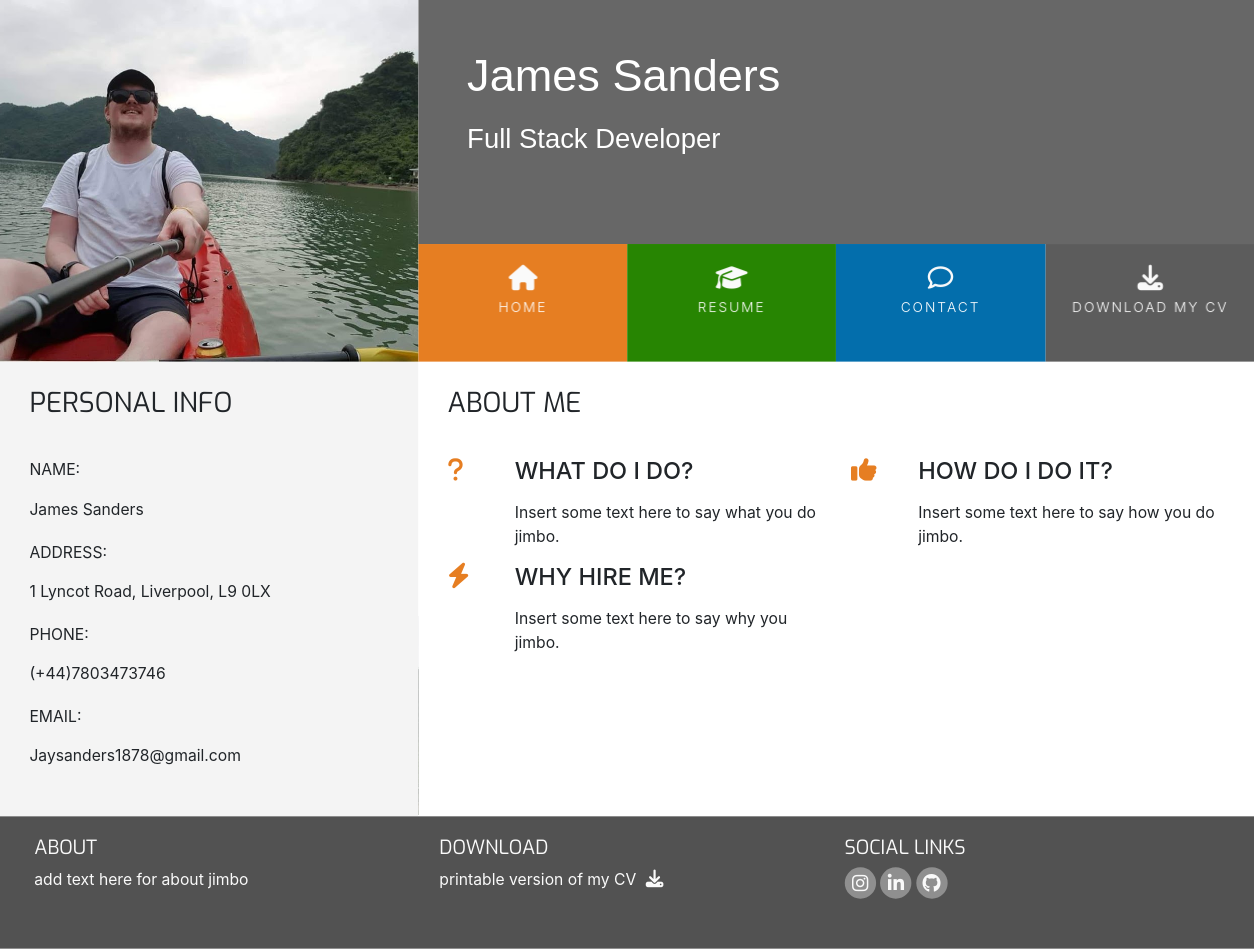
Repository: JaySanders95/my-online-resume
Page: index.html
The author's editor kept a copy of each file at every save. The page is drawn from the files as they stood at one save, then again after the next save.
The browser window is 1280 px wide. The pictures show the whole page, at 98% of full size.
Some web fonts or font styles are not loaded; a fallback is used. Some web libraries are served in a nearby version.

Above is the page before, as saved 2023-04-19 21:20:21.

### index.html
<!DOCTYPE html>
<html lang="en">
<head>
    <meta charset="UTF-8">
    <meta http-equiv="X-UA-Compatible" content="IE=edge">
    <meta name="viewport" content="width=device-width, initial-scale=1.0">
    <link rel="stylesheet" href="https://cdn.jsdelivr.net/npm/@fortawesome/fontawesome-free@6.2.1/css/fontawesome.min.css" integrity="sha384-QYIZto+st3yW+o8+5OHfT6S482Zsvz2WfOzpFSXMF9zqeLcFV0/wlZpMtyFcZALm" crossorigin="anonymous">
    <link rel="stylesheet" href="https://cdn.jsdelivr.net/npm/bootstrap@4.6.2/dist/css/bootstrap.min.css" integrity="sha384-xOolHFLEh07PJGoPkLv1IbcEPTNtaed2xpHsD9ESMhqIYd0nLMwNLD69Npy4HI+N" crossorigin="anonymous">
    <link rel="stylesheet" href="assets/css/style.css">
    <link rel="stylesheet" href="https://cdnjs.cloudflare.com/ajax/libs/hover.css/2.3.1/css/hover-min.css" integrity="sha512-csw0Ma4oXCAgd/d4nTcpoEoz4nYvvnk21a8VA2h2dzhPAvjbUIK6V3si7/g/HehwdunqqW18RwCJKpD7rL67Xg==" crossorigin="anonymous" referrerpolicy="no-referrer" />
    <title>James Sanders' Resume</title>
</head>
<body>
    <header>
        <div class="row no-gutters">
            <a href="index.html" class="col-md-4 logo">

            </a>
            <div class="col-md-8">
                <div class="row bg-color-name-title no-gutters">
                    <div class="col heading">
                        <h1 class="name">James Sanders</h1>
                        <h2 class="title">Full Stack Developer</h2>

                    </div>
                </div>
                <div class="row no-gutters">
                    <div class="col">
                        <ul id="nav" class="list-inline menucontainer">
                            <li class="col-6 col-sm-3 ui-menu-color-home list-inline-item menuitem">
                                <a href="#" class="hvr-bounce-to-bottom"><i class="fa fa-home" aria-hidden="true"></i><span>Home</span></a>
                            </li>
                            <li class="col-6 col-sm-3 ui-menu-color-resume list-inline-item menuitem">
                                <a href="#" class="hvr-bounce-to-bottom"><i class="fa fa-graduation-cap" aria-hidden="true"></i><span>Resume</span></a>
                            </li>
                            <li class="col-6 col-sm-3 ui-menu-color-contact list-inline-item menuitem">
                                <a href="#" class="hvr-bounce-to-bottom"><i class="fa fa-comment-o" aria-hidden="true"></i><span>Contact</span></a>
                            </li>
                            <li class="col-6 col-sm-3 ui-menu-color-download list-inline-item menuitem">
                                <a href="#" class="hvr-bounce-to-bottom"><i class="fa fa-download" aria-hidden="true"></i><span>Download my CV</span></a>
                            </li>
                        </ul>
                    </div>
                </div>
            </div>
        </div>
    </header>
    <section class="container-fluid">
        <div class="row">
            <div class="col-md-4 bg-color-personal-info section-column">
                <div class="row">
                    <div class="col-12">
                        <h3 class="section-heading uppercase">
                            Personal Info
                        </h3>
                    </div>
                </div>
                <div class="personal-info-item">
                    <div class="key">
                        <p class="uppercase">
                            Name:
                        </p>
                    </div>
                    <div class="value">
                        <p>
                            James Sanders
                        </p>
                    </div>
                </div>
                <div class="personal-info-item">
                    <div class="key">
                        <p class="uppercase">
                            Address:
                        </p>
                    </div>
                    <div class="value">
                        <p>
                            1 Lyncot Road, Liverpool, L9 0LX
                        </p>
                    </div>
                </div>
                <div class="personal-info-item">
                    <div class="key">
                        <p class="uppercase">
                            Phone:
                        </p>
                    </div>
                    <div class="value">
                        <p>
                            (+44)7803473746
                        </p>
                    </div>
                </div>
                <div class="personal-info-item">
                    <div class="key">
                        <p class="uppercase">
                            Email:
                        </p>
                    </div>
                    <div class="value">
                        <p>
                            Jaysanders1878@gmail.com
                        </p>
                    </div>
                </div>
            </div>
            <div class="col-md-8 bg-color-three-reasons section-column">
                <div class="row">
                    <div class="col">
                        <h3 class="section-heading uppercase">About Me</h3>
                    </div>
                </div>
                <div class="row">
                    <div class="col-10 offset-1 offset-sm-0 col-sm-4 col-md-6">
                        <div class="row">
                            <div class="col-2">
                                <i class="three-reasons-icon fa fa-question" aria-hidden="true"></i>
                            </div>
                            <div class="col-10">
                                <h4 class="three-reasons-heading uppercase">What do i do?</h4>
                                <p>
                                    Insert some text here to say what you do jimbo.
                                </p>
                            </div>
                        </div>
                    </div>
                    <div class="col-10 offset-1 offset-sm-0 col-sm-4 col-md-6">
                        <div class="row">
                            <div class="col-2">
                                <i class="three-reasons-icon fa fa-thumbs-up" aria-hidden="true"></i>
                            </div>
                            <div class="col-10">
                                <h4 class="three-reasons-heading uppercase">How do I do it?</h4>
                                <p>
                                    Insert some text here to say how you do jimbo.
                                </p>
                            </div>
                        </div>
                    </div>
                    <div class="col-10 offset-1 offset-sm-0 col-sm-4 col-md-6">
                        <div class="row">
                            <div class="col-2">
                                <i class="three-reasons-icon fa fa-bolt" aria-hidden="true"></i>
                            </div>
                            <div class="col-10">
                                <h4 class="three-reasons-heading uppercase">Why hire me?</h4>
                                <p>
                                    Insert some text here to say why you jimbo.
                                </p>
                            </div>
                        </div>
                    </div>
                </div>
            </div>
        </div>

    </section>
    <footer class="container-fluid">
        <div id="footer-details" class="row">
            <div class="col-sm-4">
                <h5 class="uppercase general-sub">About</h5>
                <p class="inline-block"> add text here for about jimbo</p>
            </div>
            <div class="col-sm-4">
                <h5 class="uppercase general-sub">Download</h5>
                <p class="inline-block"> printable version of my CV</p>
                <a href="#" target="_blank" class="cv-pdf">
                    <i class="fa fa-download" aria-hidden="true"></i>
                    <span class="sr-only">Download link.</span>
                </a>
            </div>
            <div class="col-sm-4">
                <h5 class="uppercase general-sub">Social links</h5>
                <ul class="list-inline social-links">
                    <li class="list-inline-item">
                        <a target="_blank" href="#">
                            <i class="fa fa-instagram"></i>
                            <span class="sr-only">Instagram</span>
                        </a>
                    </li>
                    <li class="list-inline-item">
                        <a target="_blank" href="#">
                            <i class="fa fa-linkedin"></i>
                            <span class="sr-only">LinkedIn</span>
                        </a>
                    </li>
                    <li class="list-inline-item">
                        <a target="_blank" href="#">
                            <i class="fa-brands fa-github"></i>
                            <span class="sr-only">GitHub</span>

                        </a>
                    </li>
                </ul>
            </div>
        </div>

    </footer>
    <script src="https://kit.fontawesome.com/c80cd6a143.js" crossorigin="anonymous"></script>
</body>
</html>

### assets/css/style.css
@import url('https://fonts.googleapis.com/css2?family=Anuphan:100,200,300,400,500,600,700wght@300&family=Exo:100,200,300,400,500,600,700ital,wght@1,300&display=swap');


/* ------- Colours ---------*/

.bg-color-name-title {
    background-color:#676767;
}

.bg-color-three-reasons {
    background-color: #fff;
}

.bg-color-personal-info {
    background-color:#f4f4f4;
}

.ui-menu-color-home {
    background-color: #e67e22;
}

.ui-menu-color-resume {
    background-color: #278502;
}

.ui-menu-color-contact {
    background-color: #036eac;
}

.ui-menu-color-download {
    background-color: #5c5c5c;
}

/* ------- Special paddings/margins/text ---------*/

h1,h2,h3,h4 {
    margin: 0;
}

.uppercase {
    text-transform: uppercase;
}

.general-sub {
    font-family: 'Exo', sans-serif;
    font-weight: 300;
    color: #fafafa;
}

.inline-block {
    display: inline-block;
}

.row-table {
    display: table;

}
.section-column {
    display: table-cell;
    padding: 0 30px 30px;
    float: none;
}

.section-heading {
    font-family: 'Exo', sans-serif;
    font-weight: 300;
    margin-top: 25px;
    margin-bottom: 40px;
}

/* ------- Headers ---------*/
header {
    margin: 0;
}

.heading {
    margin-left: 50px;
}

.logo {
    background: url(../images/me.png);
    background-position: center;
    background-repeat: no-repeat;
    background-size: cover;
    min-height: 360px;
    transition: all .5s ease-in-out;
    -moz-transition: all .5s ease-in-out;
    -webkit-transition: all .5s ease-in-out;
}

.name {
    font-family: 'Anuphan', sans-serif;
    font-weight: 100;
    font-size: 46px;
    margin-top: 50px;
    color: #fff;
}

.title {
    font-family: 'Anuphan', sans-serif;
    font-weight: 200;
    font-size: 28px;
    margin-top: 20px;
    margin-bottom: 90px;
    color: #fff;
}

.list-inline-item:not(:last-child) {
    margin: 0;
}

.menucontainer {
    font-size: 0;
}

#nav li {
    font-size: 14px;
    padding: 0;
}

#nav {
    margin: 0;
}

.menuitem {
    height: 120px;
    text-align: center;
    padding: 0;

}

.menuitem a {
    width: 100%;
    text-decoration: none;
    color: #fff;
    height: 120px;
}

.menuitem a i {
    display: block;
    padding-top: 22px;
    color: #fafafa;
    font-size: 26px;
}

.menuitem span {
    display: block;
    width: 100%;
    padding-top: 5px;
    text-align: center;
    text-transform: uppercase;
    font-size: 14px;
    font-weight: 300;
    letter-spacing: 2px;
}

/* ------- Hover.css ---------*/

.hvr-bounce-to-bottom:before {
    background: rgba(0, 0, 0, 0.3) !important;
    height: 120px;

}

/* ------- Footer ---------*/

footer {
    background-color: #525252;
    color: #fafafa;
    min-height: 120px;
}

.cv-pdf i {
    font-size: 18px;
    color: #fafafa;
    text-align: center;
    padding-left: 5px;
    transition: all 0.35s ease-in-out;
    -moz-transition: all 0.35s ease-in-out;
    -webkit-transition: all 0.35s ease-in-out;
    -o-transition: all 0.35s ease-in-out;
}

.cv-pdf i:hover {
    color: #e84610;
}

.social-links {
    padding-bottom: 15px;
}

.social-links li a i {
    width: 32px;
    height: 32px;
    padding: 7px 0;
    border-radius: 50%;
    font-size: 19px;
    text-align: center;
    color: #fafafa;
    background: #8f8f8f;
    transition: all 0.35s ease-in-out;
    -moz-transition: all 0.35s ease-in-out;
    -webkit-transition: all 0.35s ease-in-out;
    -o-transition: all 0.35s ease-in-out;
}

.social-links li a i:hover {
    background-color: #e84610;
}

#footer-details {
    padding: 20px;
}

/* ------- 3 Reasons ---------*/

.three-reasons-icon {
    font-size: 26px;
    color: #e67e22;
}

.three-reasons-heading {
    margin-bottom: 15px;
}

/* ------- Personal Info ---------*/

.personal-info-item {
    margin-bottom: 20px;
    display: block;
    clear: both;
}

After the next save:
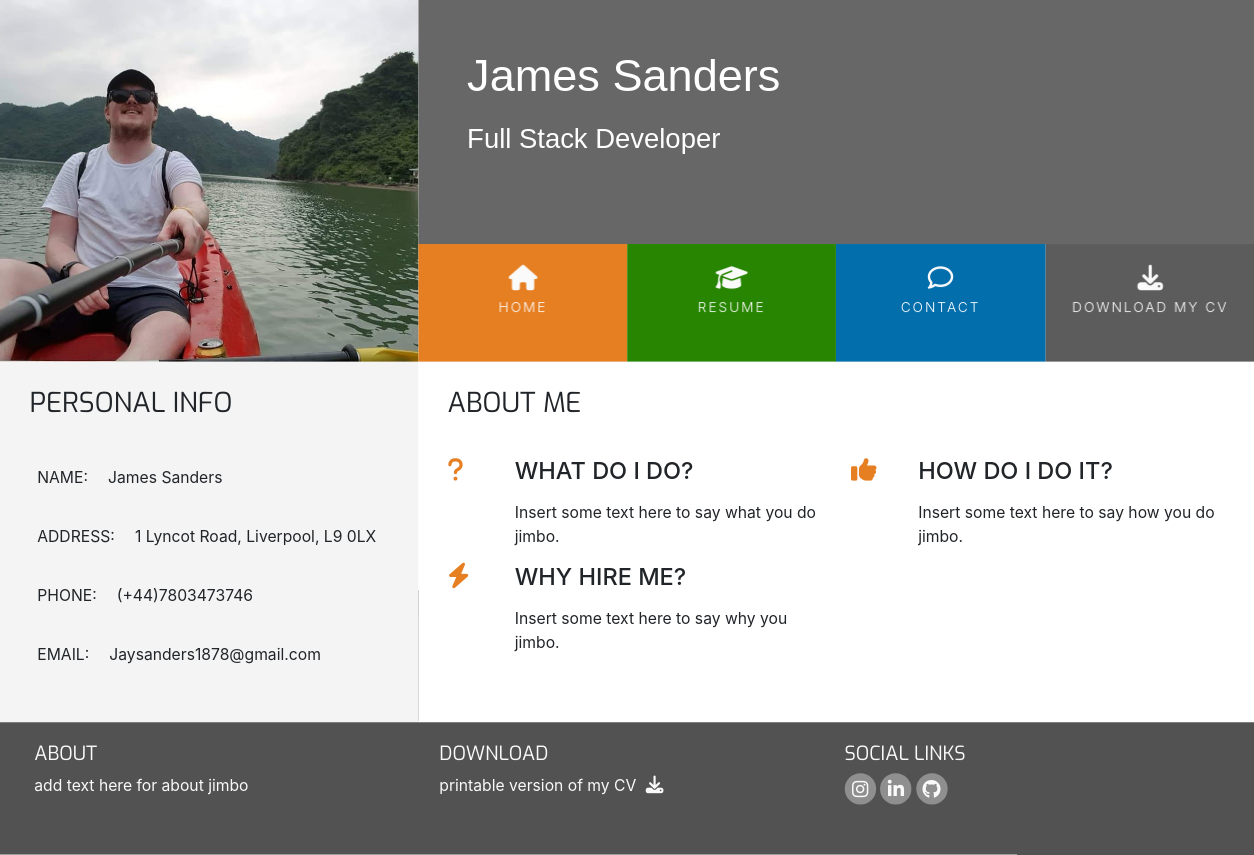
Saved 88 s later.
--- a/assets/css/style.css
+++ b/assets/css/style.css
@@ -230,3 +230,15 @@ footer {
     display: block;
     clear: both;
 }
+
+.personal-info-item .key,
+.personal-info-item .value {
+    padding: 8px;
+    display: inline-block;
+
+}
+
+.personal-info-item .key p,
+.personal-info-item .value p {
+    margin: 0;
+}
